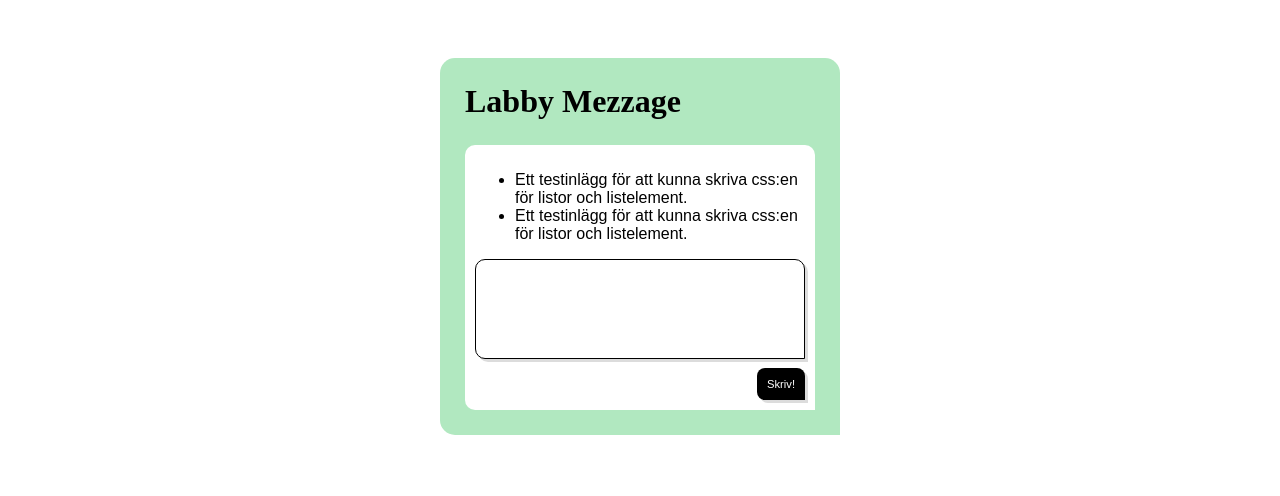
Repository: lw222gu/1dv403-laborationer
Page: 2-labbymezzage/index.html
The author's editor kept a record of every edit. The page is drawn from the files as they stood at one moment, then again after the next edit.
The browser window is 1280 px wide. The pictures show the whole page.
Some web fonts or font styles are not loaded; a fallback is used.

Above is the page before.

### 2-labbymezzage/index.html
<!doctype html>
<html lang = "sv">
    <head>
        <meta charset="utf-8" />
        <meta name="viewport" content="width=device-width, initial-scale=1.0" />
        <title>Labby Mezzage</title>

        <!-- Main CSS -->
        <link rel="stylesheet" href="style.css" />

        <!-- Fonts -->
        <link href='//fonts.googleapis.com/css?family=Shadows+Into+Light+Two' rel='stylesheet' type='text/css'>

        <!-- JavaScript -->
        <script src="mainscript.js"></script>
        <script src="message.js"></script>

    </head>

    <body>

        <div id="container">
            <header>
                <h1>Labby Mezzage</h1>
            </header>

            <main>
                <div id="messages">
                    <ul>
                        <li>Ett testinlägg för att kunna skriva css:en för listor och listelement.</li>
                        <li>Ett testinlägg för att kunna skriva css:en för listor och listelement.</li>
                    </ul>
                </div>
                <div id="counter"></div>
                <textarea class="textbox"></textarea>
                <input class="button" type="submit" value="Skriv!" />
            </main>
        </div>

    </body>
</html>

### 2-labbymezzage/style.css
body {
    font-size: 1em;
    padding-top:50px;
    font-family:Arial, sans-serif;
}

#container {
    max-width: 350px;
    margin: 0 auto 0 auto;
    background-color:#B1E8C0;
    overflow: auto;
    padding:25px;
    border-radius:15px 15px 0px 15px;
}

main {
    width:inherit;
    background-color:#FFF;
    margin-top:25px;
    padding:10px;
    border-radius:10px 10px 0px 10px;
    overflow:auto;

}

h1 {
    font-family: 'Shadows Into Light Two', cursive;
    color: #000 ;
    margin:0px;
}

.textbox {
    resize:none;
    box-sizing:border-box;
    width: 100%;
    overflow:auto;
    height:100px;
    padding:10px;
    margin-bottom:5px;
    border-width:1px;
    border-color:#000;
    border-style:solid;
    border-radius:10px 10px 0px 10px;
    box-shadow:3px 3px 0px rgb(220, 220, 220);
}

.button {
    float:right;
    padding:10px;
    border-radius:8px 8px 0px 8px;
    border:none;
    color:#FFF;
    background-color:#000;
    cursor: pointer;
    box-shadow:3px 3px 0px rgb(220, 220, 220);
    font-size:0.7em;
}

### 2-labbymezzage/mainscript.js
"use strict";

var mezzageApp = {

    messages: [],

    init: function(e){
        var button = document.querySelector(".button");
        button.onclick = function(){

        var mess = new Message(message, date);
        mezzageApp.messages.push(mess);

        console.log(mezzageApp.messages);

 /*
        for(var i = 0; i <= mezzageApp.messages.length - 1; i++){

            if (mezzageApp.messages.length == 1){
                var ul = document.createElement("ul");
                document.getElementById("messages").appendChild(ul);
            }

            var li = document.createElement("li");
//            li.innerHTML = Message.prototype.toString();
            ul.appendChild(li);
        }
*/
 //       return false;
        };



//        sendMess.addEventListener("click", function(){
//           var mess = new Message();
//        });

   /*
        var mess = new Message("Testmeddelande", new Date());
        alert(mess);
        alert(mess.getText());
        mess.setText("En annan text att testa");
        alert(mess);

        mezzageApp.messages.push(mess, "Kiwi");
        alert(mezzageApp.messages[1]);
        console.log(mess);
    */
    }
};


window.onload = mezzageApp.init; //pekar på metoden init som kommer köras när sidan laddats

### 2-labbymezzage/message.js
"use strict";
/* Message constructor */

function Message(message, date){

 //   var text;

    this.getText = function(){
        return message;
    };

    this.setText = function(_text){
        message = _text;
    };

    this.getDate = function(){
        return date;
    };

    this.setDate = function(_date){
        date = new Date();
    };
}

Message.prototype.toString = function(){
    // Returnerar objektet som en sträng
    return (this.getText() + " (" + this.getDate() + ")");
};

Message.prototype.getHTMLText = function(){
    // Hämtar texten med \n utbytt mot <br/>
    var text = this.getText();
    return text;

};

Message.prototype.getDateText = function(){
    var dateText = this.getDate();
    return dateText;
};

### 2-labbymezzage/css/style.css
body {
    font-size: 1em;
    padding-top:50px;
    font-family:Arial, sans-serif;
}

#container {
    max-width: 350px;
    margin: 0 auto 0 auto;
    background-color:#B1E8C0;
    overflow: auto;
    padding:25px;
    border-radius:15px 15px 0px 15px;
}

main {
    width:inherit;
    background-color:#FFF;
    background-image:url(pics/linedpaper.png);
    margin-top:25px;
    padding:10px;
    border-radius:10px 10px 0px 10px;
    overflow:auto;

}

h1 {
    font-family: 'Shadows Into Light Two', cursive;
    color: #000 ;
    margin:0px;
}

ul {
    list-style:none;
    padding-left:0px;
}

li {
    padding:10px;
    font-size:0.7em;
    color:#000;
    background-color:rgba(240, 240, 240, 0.5);
    border-radius:10px 10px 0px 10px;
    box-shadow:3px 3px 0px rgb(220, 220, 220);
    margin-bottom: 6px;

}

.textbox {
    resize:none;
    box-sizing:border-box;
    width: 100%;
    overflow:auto;
    height:100px;
    padding:10px;
    margin-bottom:5px;
    border-width:1px;
    border-color:#000;
    border-style:solid;
    border-radius:10px 10px 0px 10px;
    box-shadow:3px 3px 0px rgb(220, 220, 220);
}

.button {
    float:right;
    padding:10px;
    border-radius:8px 8px 0px 8px;
    border:none;
    color:#FFF;
    background-color:#000;
    cursor: pointer;
    box-shadow:3px 3px 0px rgb(220, 220, 220);
    font-size:0.7em;
}

After the next edit:
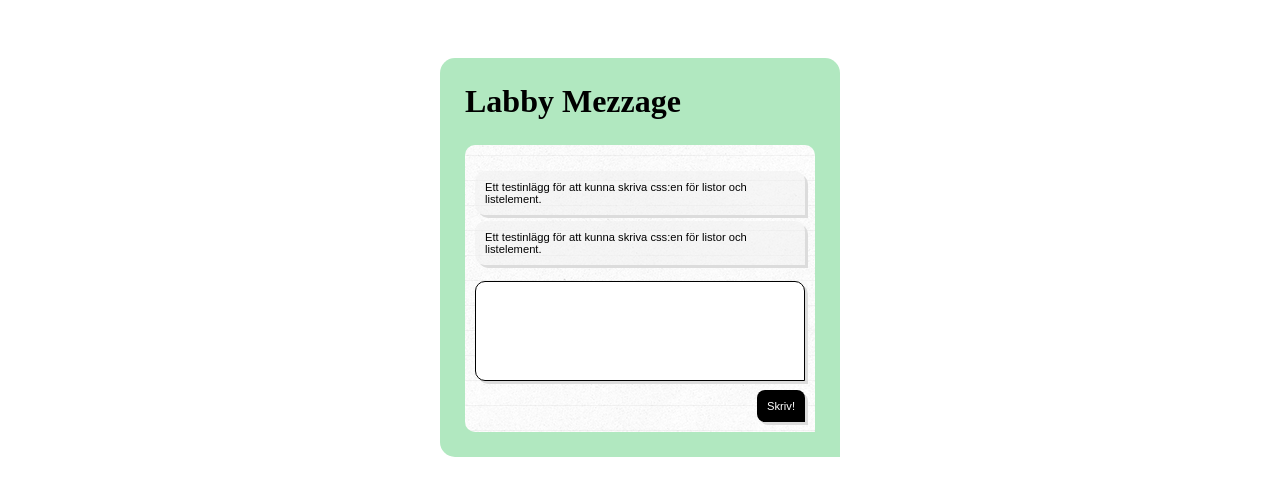
The edit:
--- a/2-labbymezzage/index.html
+++ b/2-labbymezzage/index.html
@@ -6,7 +6,7 @@
         <title>Labby Mezzage</title>
 
         <!-- Main CSS -->
-        <link rel="stylesheet" href="style.css" />
+        <link rel="stylesheet" href="css/style.css" />
 
         <!-- Fonts -->
         <link href='//fonts.googleapis.com/css?family=Shadows+Into+Light+Two' rel='stylesheet' type='text/css'>
